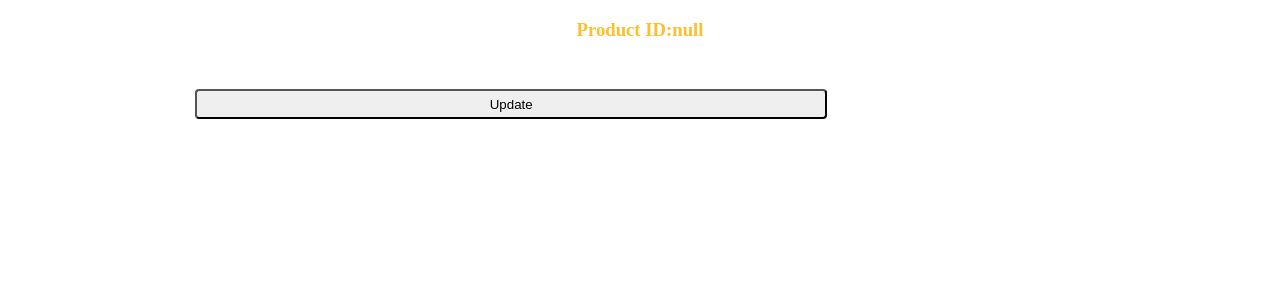
Repository: NidhiDaniel/E-Cart
Page: http://localhost/Online-Shopping-Cart/admin/edit-product.jsp
These files come from the project's save history. The page is drawn as it stood at one moment and after the next save; the edit follows.
The browser window is 1280 px wide. The pictures show the whole page.
Some web libraries are served in a nearby version. The page is served by Tomcat 9. Queries for data that is not in the repository find no rows.

Above is the page before, as saved 2024-01-06 05:50:39.

### Online-Shopping-Cart/src/main/webapp/admin/edit-product.jsp
<%@page import="com.db.connection.DAOConnection"%>
<%@page import="java.sql.*"%>
<%@ page language="java" contentType="text/html; charset=ISO-8859-1"
	pageEncoding="ISO-8859-1"%>
<!DOCTYPE html>
<html>
<head>
<meta charset="ISO-8859-1">
<title>Edit Product</title>
<link rel="stylesheet" type="text/css" href="../css/admin-product.css">
</head>
<body>
	<div class="product-container">
		<%
		String msg = request.getParameter("msg");
		if ("success".equals(msg)) {
		%>
		<p class='success-msg'>Product Updated Successfully</p>
		<%
		}
		if ("invalid".equals(msg)) {
		%>
		<p class='failure-msg'>Error Occured Check Again..!</p>
		<%
		}
		%>


		<div class="product-form">
			<%
			String id = request.getParameter("id");
			%>
			<h3>
				Product ID:<%
			out.print(id);
			%>
			</h3>
			<form action="update-product-action.jsp" method="post">
				<pre>
				<%
				id = request.getParameter("id");
				try {
					Connection con = DAOConnection.getConnection();
					Statement stmt = con.createStatement();
					ResultSet rs = stmt.executeQuery("select * from product where id=" + id);
					while (rs.next()) {%>
   						<label>Enter Name</label><br>
						<input type="text" name="name" placeholder="<%= rs.getString(2)%>">
						<label>Enter Category</label><br>
						<input type="text" name="category" placeholder="<%= rs.getString(3)%>">
						<label>Enter Price</label><br>
						<input type="text" name="price" placeholder="<%= rs.getString(4)%>">
						<label>Active</label><br>
					<select name="active">
						<option selected><%= rs.getString(5)%></option>
					</select><br>




					<%}
				} catch (Exception e) {
                   e.printStackTrace();
				}
				%>

			<input type="submit" value="Update">
			</pre>
			</form>
		</div>
	</div>
</body>
</html>

### Online-Shopping-Cart/src/main/java/com/db/connection/DAOConnection.java
package com.db.connection;

import java.sql.Connection;
import java.sql.DriverManager;

import com.mysql.cj.jdbc.Driver;

public class DAOConnection {


public static Connection getConnection() {
	 Connection con=null;
	   try {
		DriverManager.registerDriver(new Driver());
        con=DriverManager.getConnection("jdbc:mysql://localhost:3306/online_cart","root","admin");
	} catch (Exception e) {
		e.printStackTrace();
	}
	return con;
   }
}

### Online-Shopping-Cart/src/main/webapp/css/admin-product.css
@charset "ISO-8859-1";
.product-container{
	width:100%;
}
.product-form h3{
	color:#FBC02D;
	text-align:center;
}
.product-form input,select{
	width:50%;
	height: 30px;
	border-radius:4px;
}
.success-msg{
	color:#FBC02D;
	text-align:center;
	font-size: 20px;
	font-weight: 600;
}
.failure-msg{
	color:#C62828;
	font-size: 20px;
	font-weight: 600;
}
.product-view-container {
	background: #f5f5f5;
}
.product-view-container table {
	width: -webkit-fill-available;
}

### Online-Shopping-Cart/src/main/webapp/admin/adminheader.jsp
<%@ page language="java" contentType="text/html; charset=ISO-8859-1"
	pageEncoding="ISO-8859-1"%>
<!DOCTYPE html>
<html>
<head>
<meta charset="ISO-8859-1">
<title>Insert title here</title>
<link rel="stylesheet" type="text/css" href="../css/header.css">
<link rel="stylesheet" href="https://cdnjs.cloudflare.com/ajax/libs/font-awesome/4.7.0/css/font-awesome.min.css">
<script src='https://kit.fontawesome.com/a076d05399.js' crossorigin='anonymous'></script>
</head>
<body>
	<div class="header sticky">
	   <h3>Online Shopping</h3>
		<ul>
			<li><a href="addproduct.jsp"> Add New Products<i class="fa fa-plus-square"></i></a></li>
			<li><a href="product-view.jsp"> View & Edit Products<i class="fa fa-outdent"></i></a></li>
			<li><a href="#"> Messages Recieved<i class="fa fa-comment-alt"></i></a></li>
			<li><a href="#"> Orders Recieved<i class="fa fa-check-square"></i></a></li>
			<li><a href="#"> Cancel Orders<i class="fa fa-window-close"></i></a></li>
			<li><a href="#"> Delivered Orders<i class="fa fa-cart-plus"></i></a></li>
			<li><a href="#"> Logout<i class="fa fa-sign-out"></i></a></li>
		</ul>

	</div>
</body>
</html>

### Online-Shopping-Cart/src/main/webapp/css/header.css
@charset "ISO-8859-1";
body{
	background: #00ACC1;
}
.header{
	width: auto;
	height:auto;
	background: #f5f5f5;
}
.header ul li{
	list-style: none;
	display: inline-block;

}
.header h3{
	text-align: center;
	font-family: sans-serif;
	font-weight: 900;
}
.header ul li a{
	margin: 15px;
    text-decoration: none;
    color: black;
    font-weight: 500;
}

After the next save:
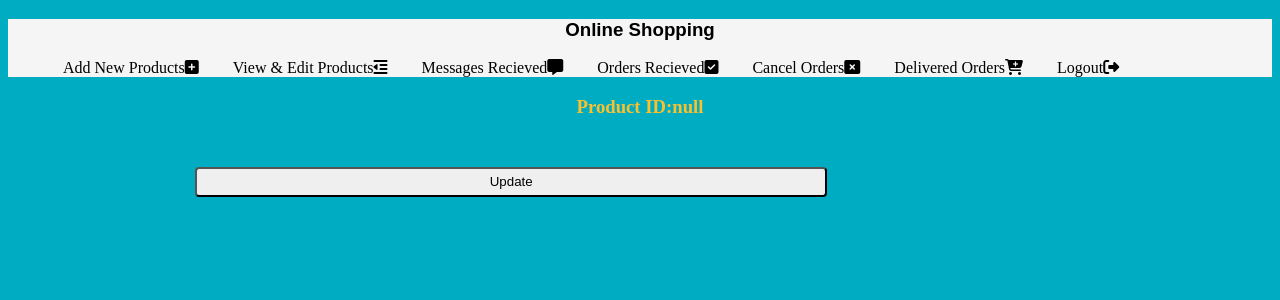
Saved 33 s later.
--- a/Online-Shopping-Cart/src/main/webapp/admin/edit-product.jsp
+++ b/Online-Shopping-Cart/src/main/webapp/admin/edit-product.jsp
@@ -2,6 +2,7 @@
 <%@page import="java.sql.*"%>
 <%@ page language="java" contentType="text/html; charset=ISO-8859-1"
 	pageEncoding="ISO-8859-1"%>
+<%@include file="adminheader.jsp"%>
 <!DOCTYPE html>
 <html>
 <head>
